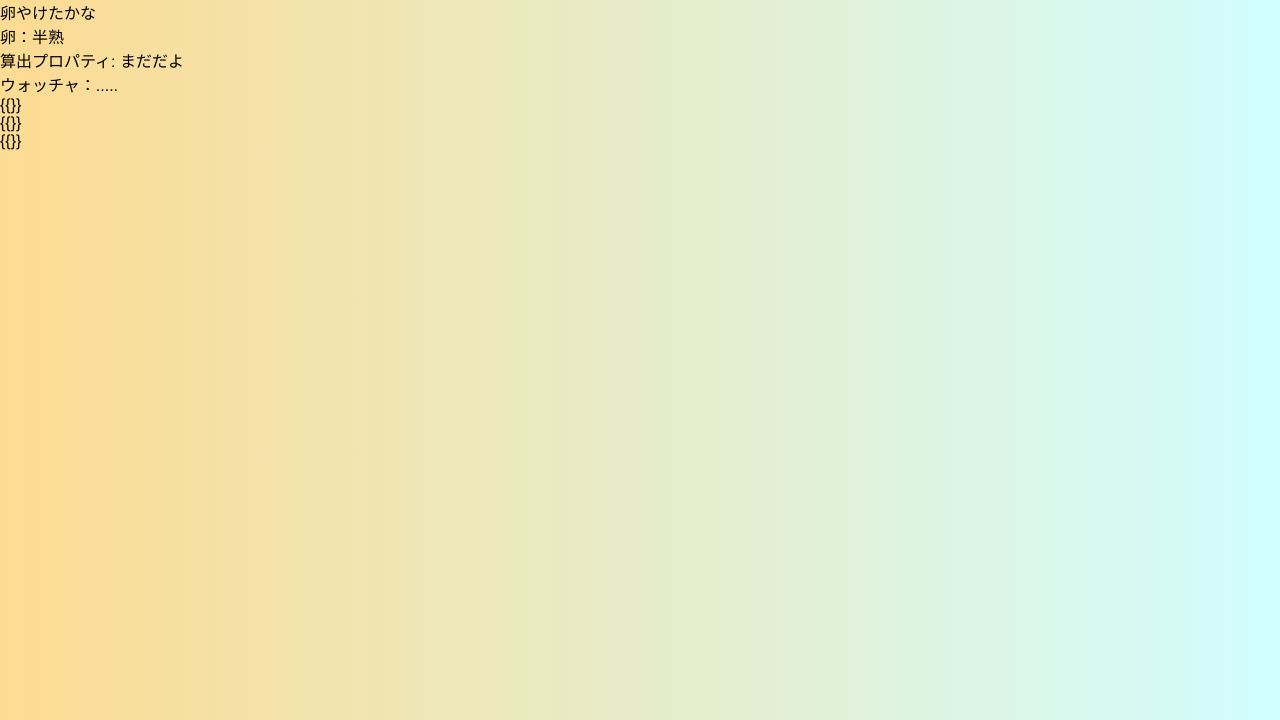
Repository: kawakami-masachika/js_test
Page: index.html
An editor plug-in stored every save of this project. The page is shown before and after a run of saves, followed by the edit.
The browser window is 1280 px wide. The pictures show the whole page.

Above is the page before, as saved 2021-04-17 10:09:41.

After the next 3 saves:
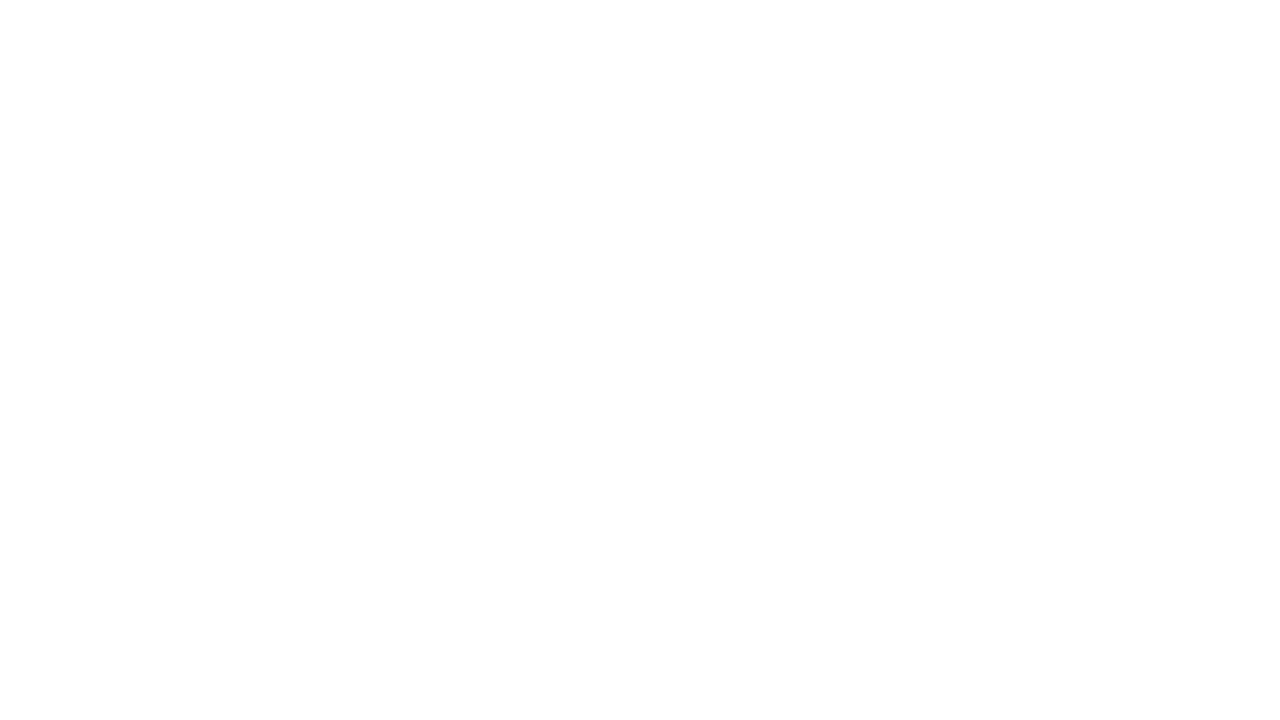
The 3 saves are shown as one change because they came seconds apart.
The last was saved 10 s later.
--- a/index.html
+++ b/index.html
@@ -16,7 +16,7 @@
     <p>ウォッチャ：{{message}}</p>
 
     <ul v-for="item in render_list">
-      <li>{{}}</li>
+      <li>{{item.id}}{{item.}}</li>
     </ul>
 
   </div>

After the save that followed:
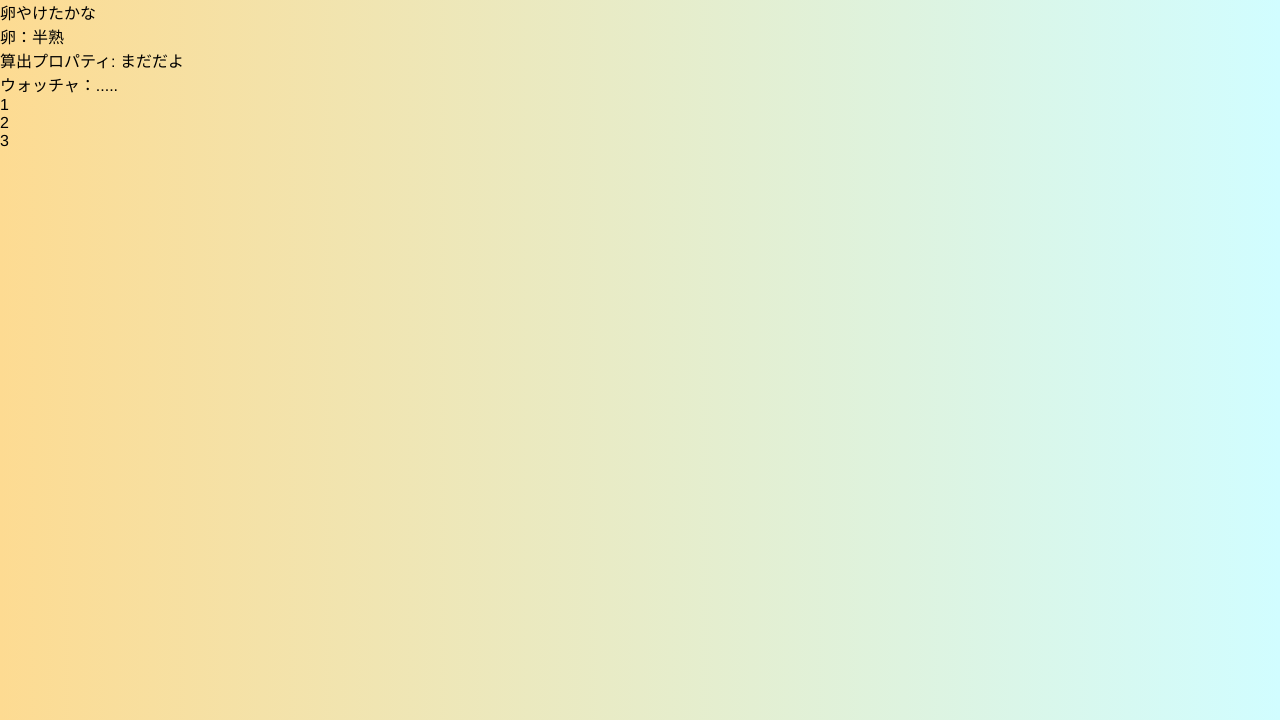
Saved 5 s later.
--- a/index.html
+++ b/index.html
@@ -16,7 +16,7 @@
     <p>ウォッチャ：{{message}}</p>
 
     <ul v-for="item in render_list">
-      <li>{{item.id}}{{item.}}</li>
+      <li>{{item.id}}{{item.cator}}</li>
     </ul>
 
   </div>
